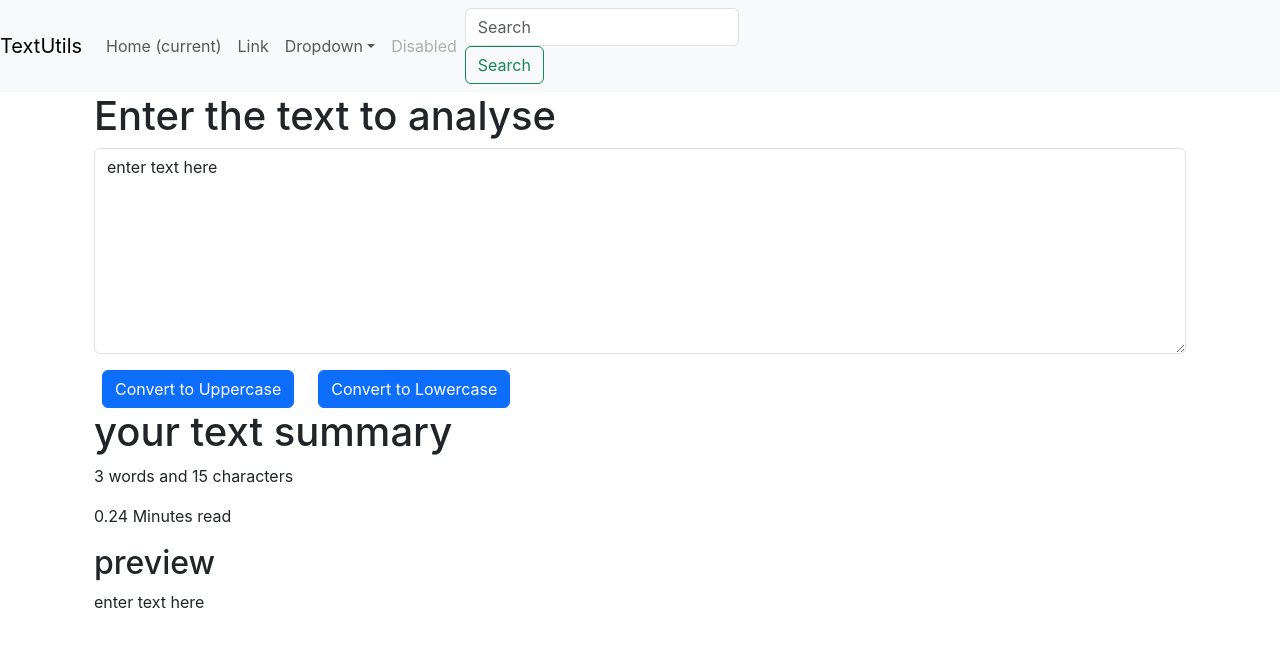
Repository: Aastha1035/React.navbar
Page: /
These files come from the project's save history. The page is drawn as it stood at one moment and after the next save; the edit follows.
The browser window is 1280 px wide. The pictures show the whole page.
The project was rebuilt for these pictures with package versions that can differ from the ones it lists, and the page was loaded fresh each time. Also part of the build but not shown: src/App.css.

Above is the page before, as saved 2024-07-17 12:44:58.

### public/index.html
<!DOCTYPE html>
<html lang="en">
  <head>
    <meta charset="utf-8" />
    <link rel="icon" href="%PUBLIC_URL%/favicon.ico" />
    <meta name="viewport" content="width=device-width, initial-scale=1" />
    <meta name="theme-color" content="#000000" />
    <meta
      name="description"
      content="Web site created using create-react-app"
    />
    <link rel="apple-touch-icon" href="%PUBLIC_URL%/logo192.png" />
    <!--
      manifest.json provides metadata used when your web app is installed on a
      user's mobile device or desktop. See https://developers.google.com/web/fundamentals/web-app-manifest/
    -->
    <link rel="manifest" href="%PUBLIC_URL%/manifest.json" />
    <!--
      Notice the use of %PUBLIC_URL% in the tags above.
      It will be replaced with the URL of the `public` folder during the build.
      Only files inside the `public` folder can be referenced from the HTML.

      Unlike "/favicon.ico" or "favicon.ico", "%PUBLIC_URL%/favicon.ico" will
      work correctly both with client-side routing and a non-root public URL.
      Learn how to configure a non-root public URL by running `npm run build`.
    -->
    <link href="https://cdn.jsdelivr.net/npm/bootstrap@5.3.3/dist/css/bootstrap.min.css" rel="stylesheet" integrity="sha384-QWTKZyjpPEjISv5WaRU9OFeRpok6YctnYmDr5pNlyT2bRjXh0JMhjY6hW+ALEwIH" crossorigin="anonymous">
    <title>React App</title>
  </head>
  <body>
    <noscript>You need to enable JavaScript to run this app.</noscript>
    <div id="root"></div>
    <!--
      This HTML file is a template.
      If you open it directly in the browser, you will see an empty page.

      You can add webfonts, meta tags, or analytics to this file.
      The build step will place the bundled scripts into the <body> tag.

      To begin the development, run `npm start` or `yarn start`.
      To create a production bundle, use `npm run build` or `yarn build`.
    -->
    <script src="https://cdn.jsdelivr.net/npm/bootstrap@5.3.3/dist/js/bootstrap.bundle.min.js"
    integrity="sha384-YvpcrYf0tY3lHB60NNkmXc5s9fDVZLESaAA55NDzOxhy9GkcIdslK1eN7N6jIeHz"
    crossorigin="anonymous"></script>
  </body>
</html>

### src/App.js

import './App.css';
import Navbar from './components/Navbar';
import Textform from './components/Textform';

function App() {
  return (
    <>
   < Navbar title="TextUtils"/>
   <div className="container">
   <Textform heading="Enter the text to analyse"/>
   </div>

  </>
  );
}

export default App;

### src/components/Navbar.js
import React from 'react'

export default function Navbar(props) {
  return (
    <nav className="navbar navbar-expand-lg navbar-light bg-light">
  <a className="navbar-brand" href="#">{props.title}</a>
  <button className="navbar-toggler" type="button" data-toggle="collapse" data-target="#navbarSupportedContent" aria-controls="navbarSupportedContent" aria-expanded="false" aria-label="Toggle navigation">
    <span className="navbar-toggler-icon"></span>
  </button>

  <div className="collapse navbar-collapse" id="navbarSupportedContent">
    <ul className="navbar-nav mr-auto">
      <li className="nav-item active">
        <a className="nav-link" href="#">Home <span className="sr-only">(current)</span></a>
      </li>
      <li className="nav-item">
        <a className="nav-link" href="#">Link</a>
      </li>
      <li className="nav-item dropdown">
        <a className="nav-link dropdown-toggle" href="#" id="navbarDropdown" role="button" data-toggle="dropdown" aria-haspopup="true" aria-expanded="false">
          Dropdown
        </a>
        <div className="dropdown-menu" aria-labelledby="navbarDropdown">
          <a className="dropdown-item" href="#">Action</a>
          <a className="dropdown-item" href="#">Another action</a>
          <div className="dropdown-divider"></div>
          <a className="dropdown-item" href="#">Something else here</a>
        </div>
      </li>
      <li className="nav-item">
        <a className="nav-link disabled" href="#">Disabled</a>
      </li>
    </ul>
    <form className="form-inline my-2 my-lg-0">
      <input className="form-control mr-sm-2" type="search" placeholder="Search" aria-label="Search"/>
      <button className="btn btn-outline-success my-2 my-sm-0" type="submit">Search</button>
    </form>
  </div>
</nav>
  )
}

### src/components/Textform.js
import React,{ useState } from "react";



export default function Textform(props) {
    const handleUpclick = ()=>{
        //console.log("uppercase was clicked" + text);
        let newText = text.toUpperCase();
        setText(newText)
    }
    const handleLoclick= ()=>{
        //console.log("handle onchange");
        let newText = text.toLowerCase();
        setText(newText)
    }
    const handleOnchange= (event)=>{
        //console.log("handle onchange");
        setText(event.target.value)
    }

    const [text, setText] = useState("enter text here");
  return (
    <>
    <div className="container">
       <h1>{props.heading}</h1>
       <div className="mb-3">
       <textarea className="form-control" value={text} onChange={handleOnchange} id="mybox" rows="8"></textarea>
    </div>
    <button className="btn btn-primary mx-2" onclick={handleUpclick}>Convert to  Uppercase</button>
    <button className="btn btn-primary mx-3" onclick={handleLoclick}>Convert to  Lowercase</button>
    </div>
    <div className="container">
        <h1>your text summary</h1>
        <p>{text.split(" ").length} words and {text.length} characters</p>
        <p>{0.08 * text.split(" ").length} Minutes read</p>
        <h2>preview</h2>
        <p>{text}</p>
    </div>

</>


  )
}

Loaded but not shown: src/index.js (common file); src/index.css (common file); src/reportWebVitals.js (common file)

After the next save:
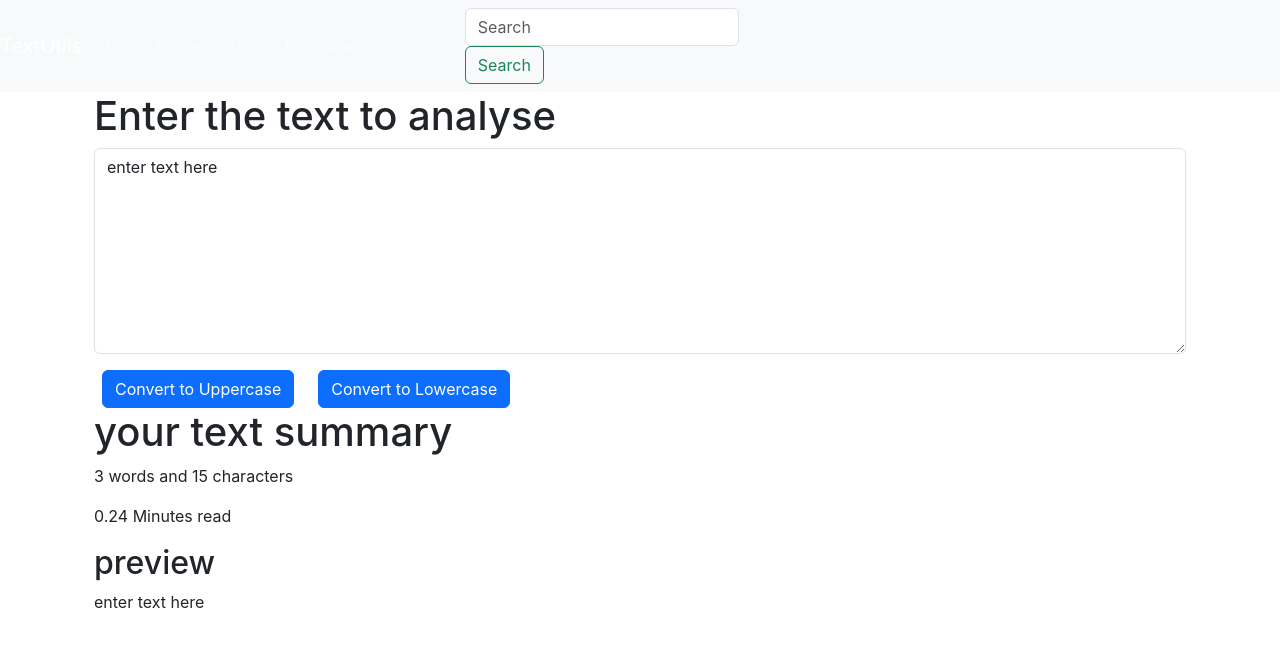
Saved 71 s later.
--- a/src/components/Navbar.js
+++ b/src/components/Navbar.js
@@ -2,7 +2,7 @@ import React from 'react'
 
 export default function Navbar(props) {
   return (
-    <nav className="navbar navbar-expand-lg navbar-light bg-light">
+    <nav className="navbar navbar-expand-lg navbar-dark bg-light">
   <a className="navbar-brand" href="#">{props.title}</a>
   <button className="navbar-toggler" type="button" data-toggle="collapse" data-target="#navbarSupportedContent" aria-controls="navbarSupportedContent" aria-expanded="false" aria-label="Toggle navigation">
     <span className="navbar-toggler-icon"></span>
